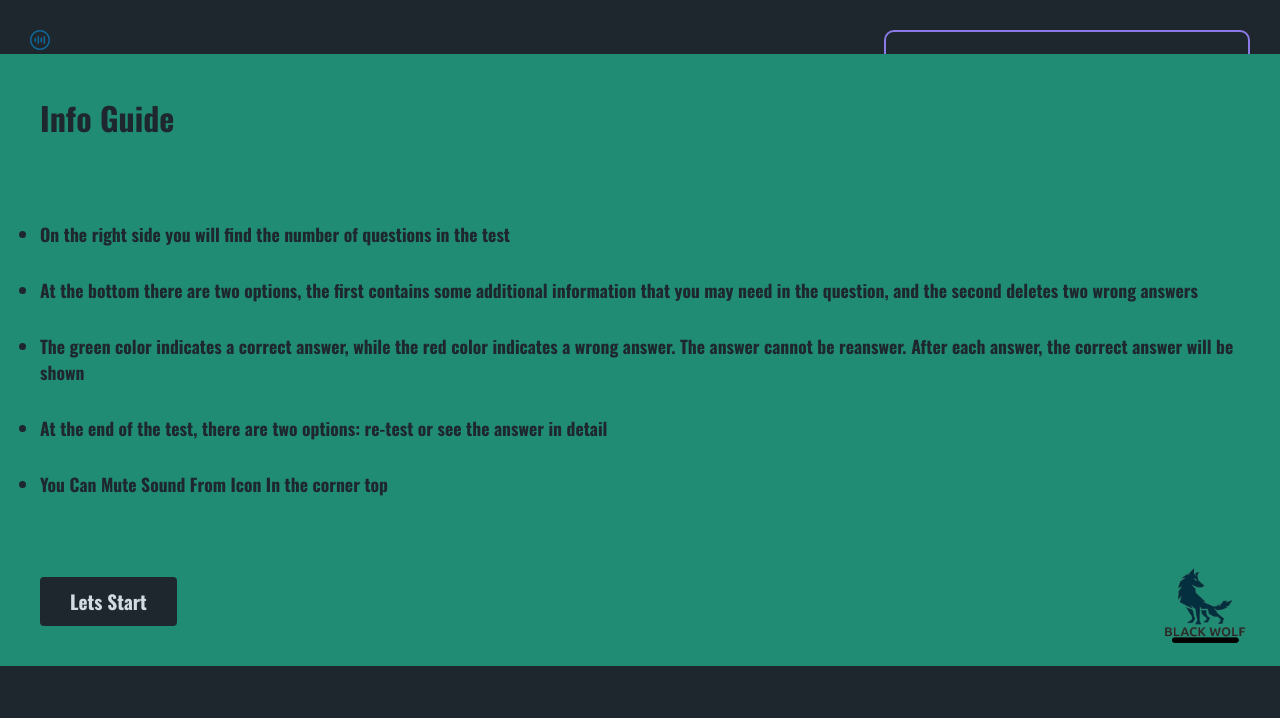
Repository: abdelrahmanahmed20021/Quiz-Platform
Page: index.html
These files come from the project's save history. The page is drawn as it stood at one moment and after the next save; the edit follows.
The browser window is 1280 px wide. The pictures show the whole page.

Above is the page before, as saved 2023-01-12 02:47:05.
Console error: TypeError: Cannot read properties of null (reading 'addEventListener')

After the next save:
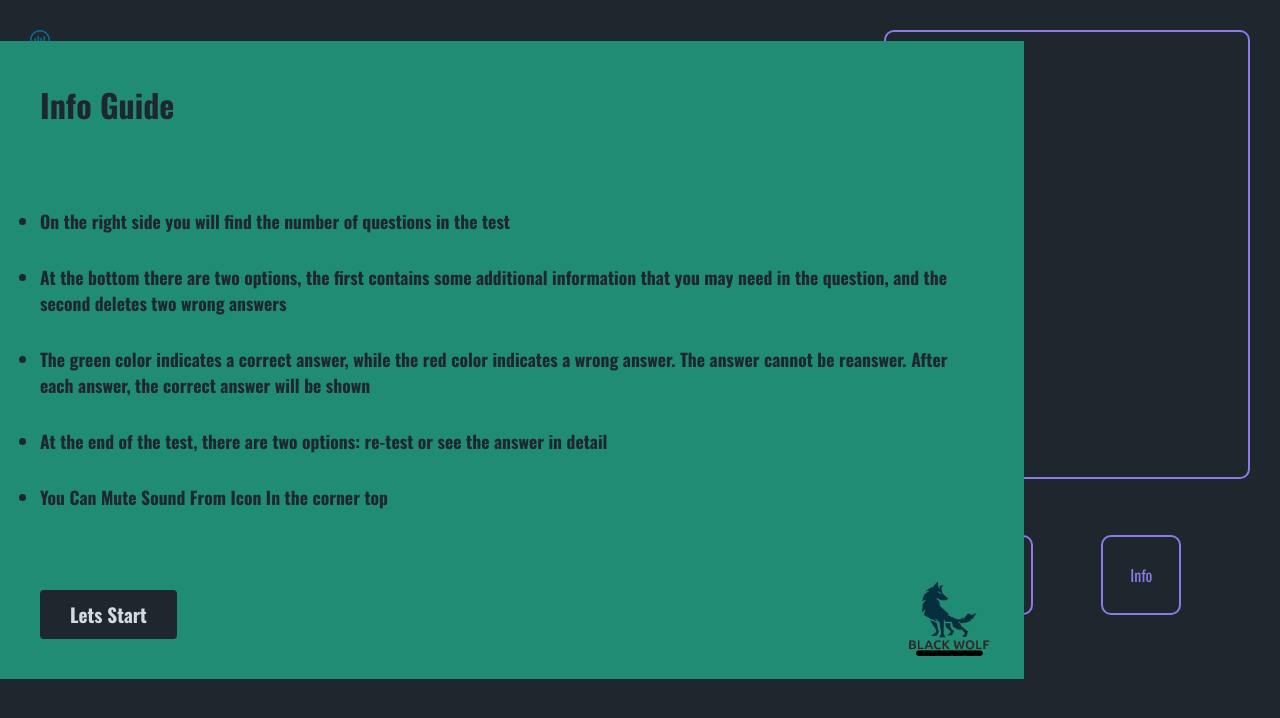
Saved 7 min 2 s later.
--- a/styles/index.css
+++ b/styles/index.css
@@ -313,7 +313,8 @@ body>section .container_2 .icons_helper .google {
 .black-wolf{
     position: absolute;
     z-index: 1000;
-    width: 100%;
+    width: 80%;
+    margin: 0 auto;
     height: 100%;
     color: var(--mainColor);
     display: flex;
